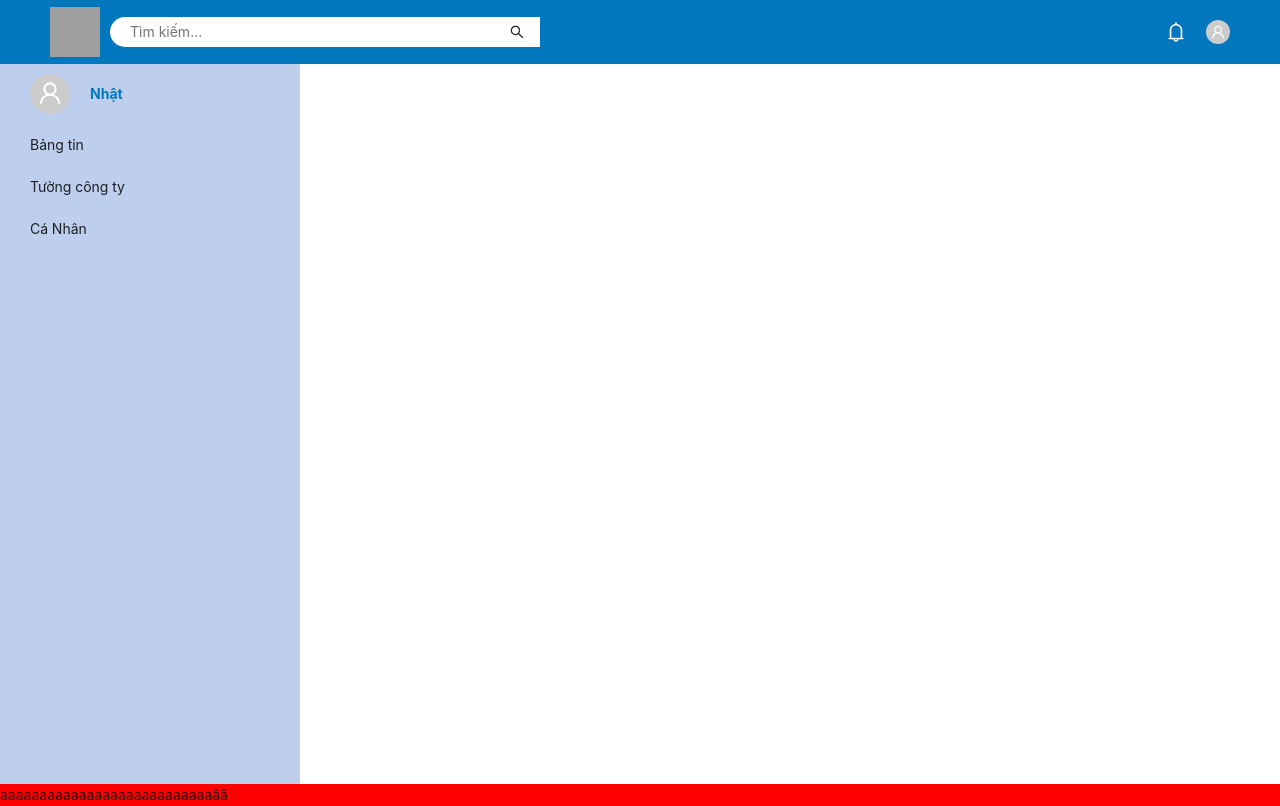
Repository: baonhat27/SocialNetwork_FE
Page: /home
These files come from the project's save history. The page is drawn as it stood at one moment and after the next save; the edit follows.
The browser window is 1280 px wide. The pictures show the whole page.
Pictures or frames that could not be fetched are drawn as grey boxes. The project was rebuilt for these pictures with package versions that can differ from the ones it lists, and the page was loaded fresh each time. Also part of the build but not shown: src/containers/home/component/HomeComponent.module.css, src/containers/loginPage/component/LoginPageComponent.module.css, src/components/Input/Input.module.css, src/components/Input/Input.js, src/components/Button/Button.module.css, src/components/Button/Button.js, src/containers/loginPage/component/LoginPageComponent.js, src/containers/loginPage/LoginPageContainer.js.

Above is the page before, as saved 2022-03-09 22:14:22.

### public/index.html
<!DOCTYPE html>
<html lang="en">
  <head>
    <meta charset="utf-8" />
    <link rel="icon" href="%PUBLIC_URL%/favicon.ico" />
    <meta name="viewport" content="width=device-width, initial-scale=1" />
    <meta name="theme-color" content="#000000" />
    <meta
      name="description"
      content="Web site created using create-react-app"
    />
    <link rel="apple-touch-icon" href="%PUBLIC_URL%/logo192.png" />
    <!--
      manifest.json provides metadata used when your web app is installed on a
      user's mobile device or desktop. See https://developers.google.com/web/fundamentals/web-app-manifest/
    -->
    <link rel="manifest" href="%PUBLIC_URL%/manifest.json" />
    <!--
      Notice the use of %PUBLIC_URL% in the tags above.
      It will be replaced with the URL of the `public` folder during the build.
      Only files inside the `public` folder can be referenced from the HTML.

      Unlike "/favicon.ico" or "favicon.ico", "%PUBLIC_URL%/favicon.ico" will
      work correctly both with client-side routing and a non-root public URL.
      Learn how to configure a non-root public URL by running `npm run build`.
    -->
    <title>Social network</title>
  </head>
  <body>
    <noscript>You need to enable JavaScript to run this app.</noscript>
    <div id="root"></div>
    <!--
      This HTML file is a template.
      If you open it directly in the browser, you will see an empty page.

      You can add webfonts, meta tags, or analytics to this file.
      The build step will place the bundled scripts into the <body> tag.

      To begin the development, run `npm start` or `yarn start`.
      To create a production bundle, use `npm run build` or `yarn build`.
    -->
  </body>
</html>

### src/index.js
import React from 'react';
import ReactDOM from 'react-dom';
import './index.css';
import App from './App';
import 'antd/dist/antd.min.css'
import reportWebVitals from './reportWebVitals';
import { BrowserRouter } from 'react-router-dom';

ReactDOM.render(
  <React.StrictMode>
    <BrowserRouter>
      <App />
    </BrowserRouter>
  </React.StrictMode>,
  document.getElementById('root')
);

// If you want to start measuring performance in your app, pass a function
// to log results (for example: reportWebVitals(console.log))
// or send to an analytics endpoint. Learn more: https://bit.ly/CRA-vitals
reportWebVitals();

### src/App.js
import { Route,Switch } from 'react-router-dom';
import './App.css';
import HeaderContainer from './containers/header/HeaderContainer';
import HomeContainer from './containers/home/HomeContainer';
import LoginPageContainer from './containers/loginPage/LoginPageContainer';
function App() {
  return (
    <div className="App">
      <Switch>
        <Route path='/login'>
          <LoginPageContainer/>
        </Route>
        <Route path="/home">
            <HeaderContainer/>
            <HomeContainer/>
        </Route>
      </Switch>
    </div>
  );
}

export default App;

### src/containers/header/HeaderContainer.js
import React from 'react';
import HeaderComponent from './component/HeaderComponent';

const HeaderContainer = () => {
    return (
        <HeaderComponent></HeaderComponent>
    );
};

export default HeaderContainer;

### src/containers/home/HomeContainer.js
import HomeComponent from "./component/HomeComponent"
import React from 'react';

const HomeContainer = () => {
    return (
        <div>
            <HomeComponent/>
        </div>
    );
};

export default HomeContainer;

### src/containers/header/component/HeaderComponent.js
import React from 'react';
import { Layout} from "antd";
import { Avatar } from 'antd';
import { UserOutlined, BellOutlined  } from '@ant-design/icons';
import styles from "./header.module.css"
import Search from '../../../components/Search/Search';


const { Header } = Layout;


const HeaderComponent = () => {
    return (
        <Header className={styles.header}>
            <div class={styles.header_left}>
                <img className={styles.img_logo}
                    src='https://images.yourstory.com/cs/images/companies/484073261089321671237850235461832427438080n-1609922812339.png'
                />
                <Search/>
            </div>
            <div class={styles.header_right}>
                <BellOutlined
                    style={{fontSize: '20px', color:'white'}}
                />
                <Avatar size="small" icon={<UserOutlined />} style={{marginLeft: 20,marginRight: 0}} />
            </div>
        </Header>
    );
};

export default HeaderComponent;

### src/containers/home/component/HomeComponent.js
import styles from "./HomeComponent.module.css"
import React from "react";
import { Layout, Avatar } from "antd";
import SiderContainer from "../../sider/SiderContainer";
import ContentContainer from "../../content/ContentContainer";

const {  Content } = Layout;

const HomeComponent = (props) => {
    return (
        <>
            <SiderContainer/>
            <ContentContainer/>
        </>

    );
};

export default HomeComponent;

### src/containers/header/component/header.module.css
.header{
    background-color: #0277bd !important;
    display: flex;
    justify-content: space-between;
    align-items: center;
}
.header_left{
    display: flex;
    align-items: center;
}
.header_right{
    display: flex;
    align-items: center;
}
.search {
    margin-left: 50px;
    width: 400px !important;
}
.img_logo{
    width: 50px;
    height: 50px;
    background-size: cover;
}

### src/components/Search/Search.js
import React from 'react';
import './Search.css'
import { SearchOutlined } from '@ant-design/icons';

const Search = () => {
    return (
    <>
        <input
            placeholder='Tìm kiếm...'
            className='inputSearch'
        />
        <SearchOutlined
            className='iconSearch'
        />

    </>
    );
};

export default Search;

### src/containers/sider/SiderContainer.js
import React from 'react';
import SiderComponent from './component/SiderComponent';

const SiderContainer = () => {
    return (
        <SiderComponent>

        </SiderComponent>
    );
};

export default SiderContainer;

### src/containers/content/ContentContainer.js
import React from 'react';
import ContentComponent from './component/ContentComponent';

const ContentContainer = () => {
    return (
        <ContentComponent>

        </ContentComponent>
    );
};

export default ContentContainer;

### src/components/Search/Search.css
.inputSearch{
    border: none;
    border-top-left-radius: 20px;
    border-bottom-left-radius: 20px;
    width: 400px;
    height: 30px;
    margin-left: 10px;
    padding-left: 20px;
}
.iconSearch{

    background-color: white;
    height: 30px;
    width: 30px;
    display: flex;
    padding: 8px 0px;
}
.iconSearch:hover{
    cursor: pointer;
}

### src/containers/sider/component/SiderComponent.js
import React from 'react';
import styles from './Sider.module.css'
import {  Avatar } from "antd";
import { UserOutlined } from "@ant-design/icons";


const SiderComponent = (props) => {
    return (
        <div className={styles.sider}>
            <div className={`${styles.user_info} ${styles.sider_item}`}>
                    <Avatar size="large" icon={<UserOutlined/>}></Avatar>
                    <div className={styles.user_name}> Nhật</div>
            </div>
            <div className={styles.sider_item}>
                Bảng tin
            </div>
            <div className={styles.sider_item}>Tường công ty</div>
            <div className={styles.sider_item}>Cá Nhân</div>
        </div>
    );
};

export default SiderComponent;

### src/containers/content/component/ContentComponent.js
import React from 'react';
import styles from "./ContentComponent.module.css"

const ContentComponent = () => {
    return (
        <div className={styles.a}>
            aaaaaaaaaaaaaaaaaaaaaaaaaaaââ
        </div>
    );
};

export default ContentComponent;

### src/containers/sider/component/Sider.module.css
.sider{
    background-color: #bdcfec !important;
    height: 100vh;
    display: flex;
    width: 300px;
    display: flex;
    flex-direction: column;
}
.sider_item{
    margin: 10px 0px 10px 30px;
}
.sider_item:hover{
    cursor: pointer;
    opacity: 75%;
    background-color: #0277bd;
}
.user_info{
    display: flex;
}
.user_name{
    margin-left: 20px;
    color: #0277bd;
    font-weight: 700;
    display: flex;
    align-items: center;
}

### src/containers/content/component/ContentComponent.module.css
.a{
    background-color: red;
}

Loaded but not shown: src/index.css (common file); src/reportWebVitals.js (common file); src/App.css (no stored copy; drawn as an empty file)

After the next save:
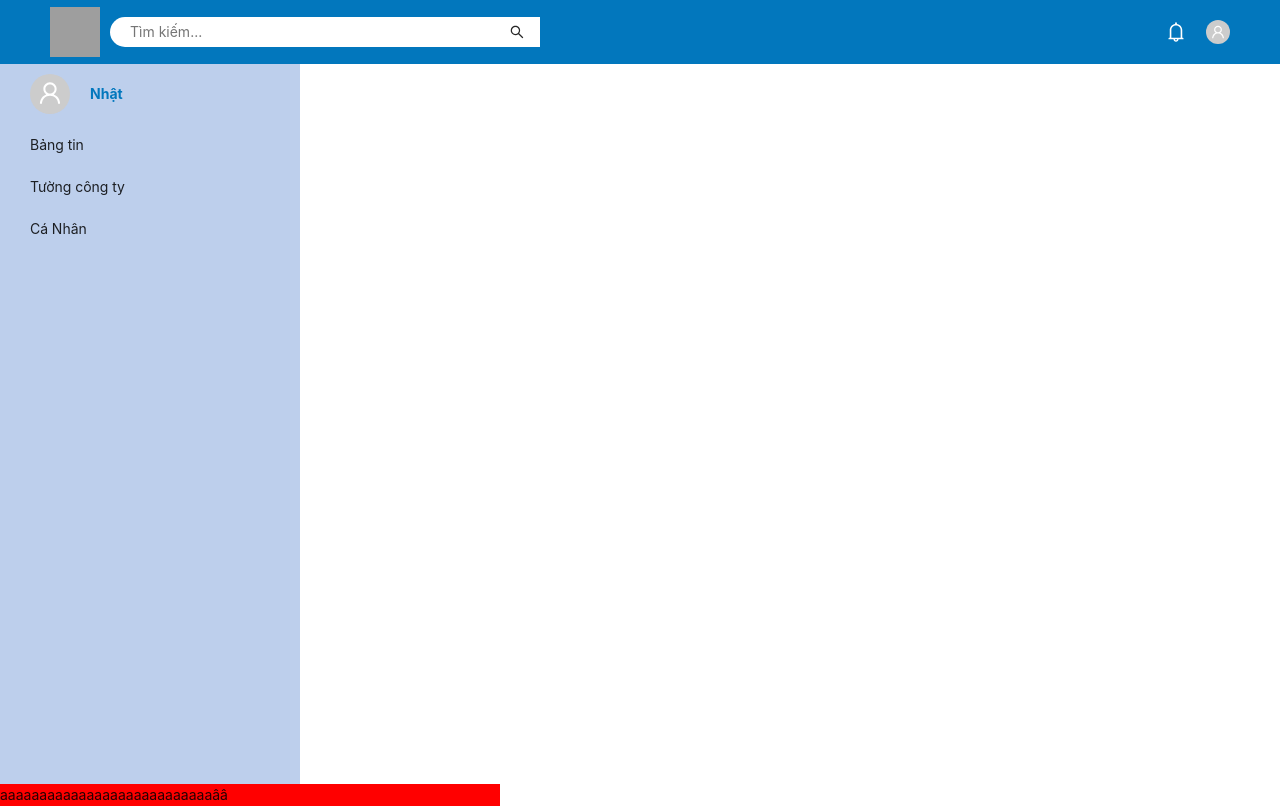
Saved 103 s later.
--- a/src/containers/content/component/ContentComponent.module.css
+++ b/src/containers/content/component/ContentComponent.module.css
@@ -1,3 +1,4 @@
 .a{
     background-color: red;
+    width: 500px;
 }
